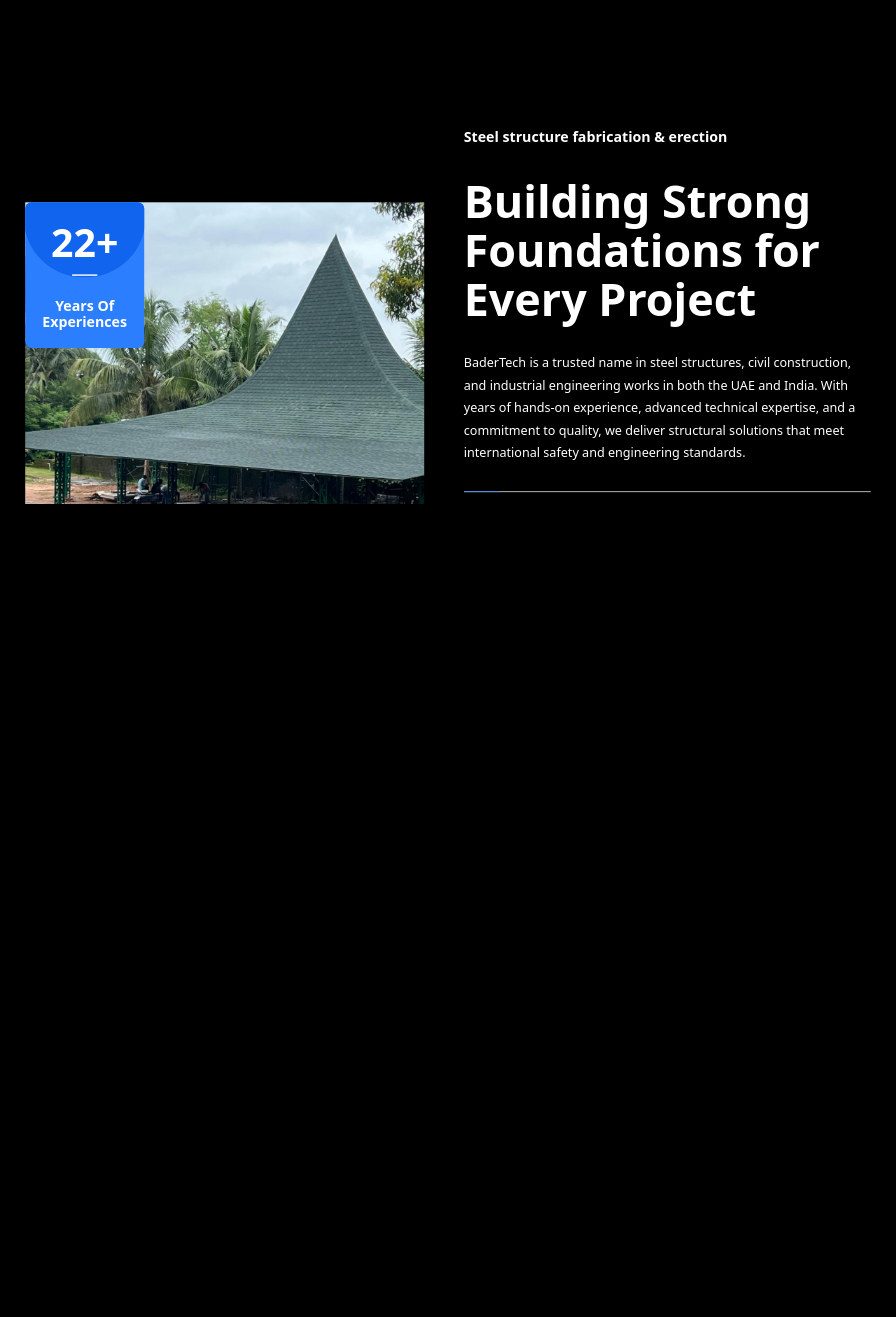
Repository: codenikin/uniquebader
Page: /awards
An editor plug-in stored every save of this project. The page is shown before and after the next save, followed by the edit.
The browser window is 1280 px wide. The pictures show the whole page, at 70% of full size.
The project was rebuilt for these pictures with package versions that can differ from the ones it lists, and the page was loaded fresh each time. The framework's server and built-in components were replaced by stand-ins that run in the browser. Also part of the build but not shown: next.config.mjs.

Above is the page before, as saved 2025-11-30 11:04:42.

After the next save:
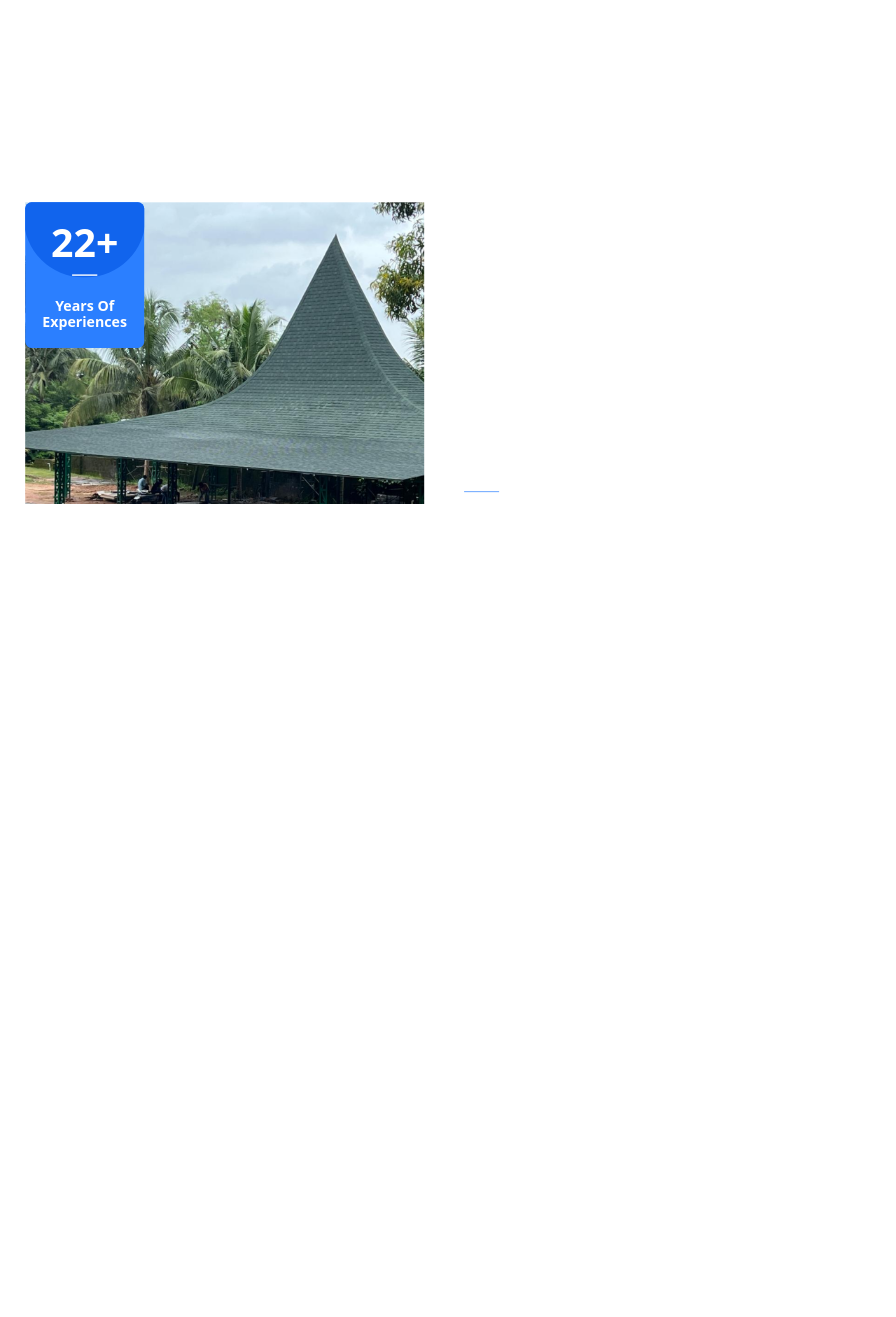
Saved 36 s later.
--- a/src/app/(frontend)/styles.css
+++ b/src/app/(frontend)/styles.css
@@ -11,7 +11,6 @@
   font-size: 18px;
   line-height: 32px;
 
-  background: rgb(0, 0, 0);
   -webkit-font-smoothing: antialiased;
 }
 .codenik {
